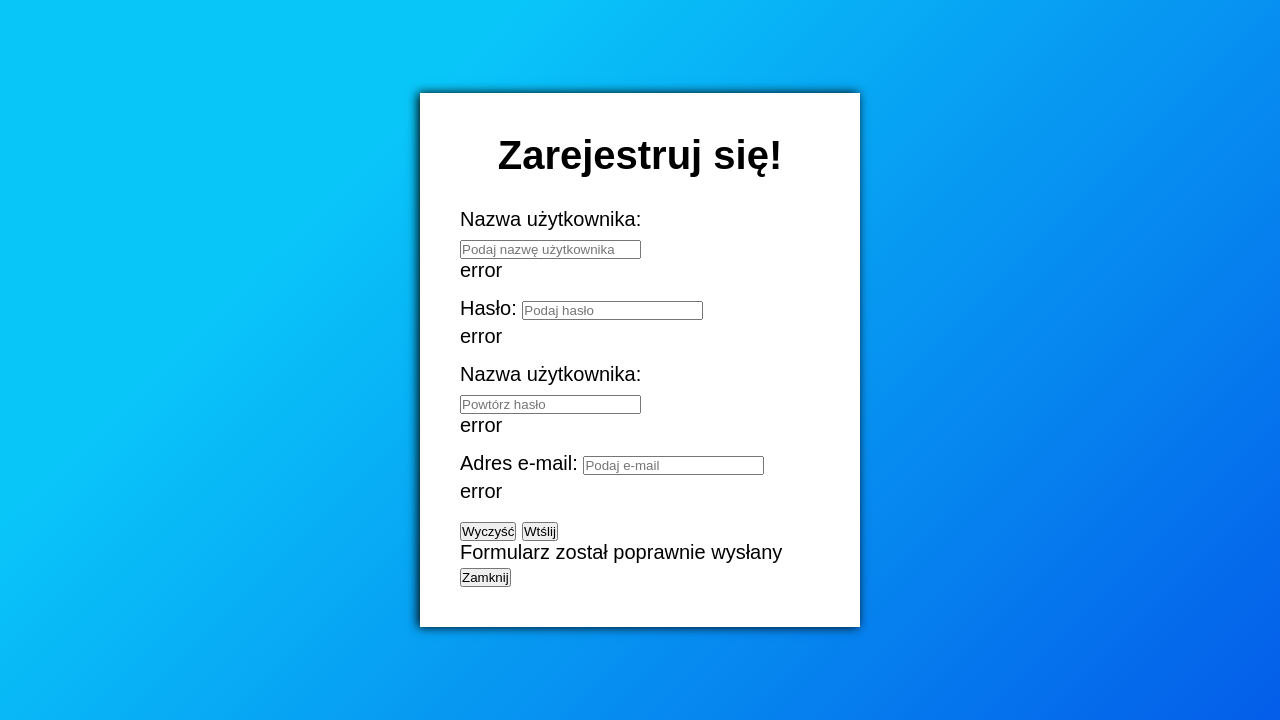
Repository: KrzysKolo/Projekt-3_Formularz-rejestracyjny
Page: index.html
The author's editor kept a copy of each file at every save. The page is drawn from the files as they stood at one save, then again after the next save.
The browser window is 1280 px wide. The pictures show the whole page.
Some web fonts or font styles are not loaded; a fallback is used.

Above is the page before, as saved 2020-07-04 02:06:05.

After the next save:
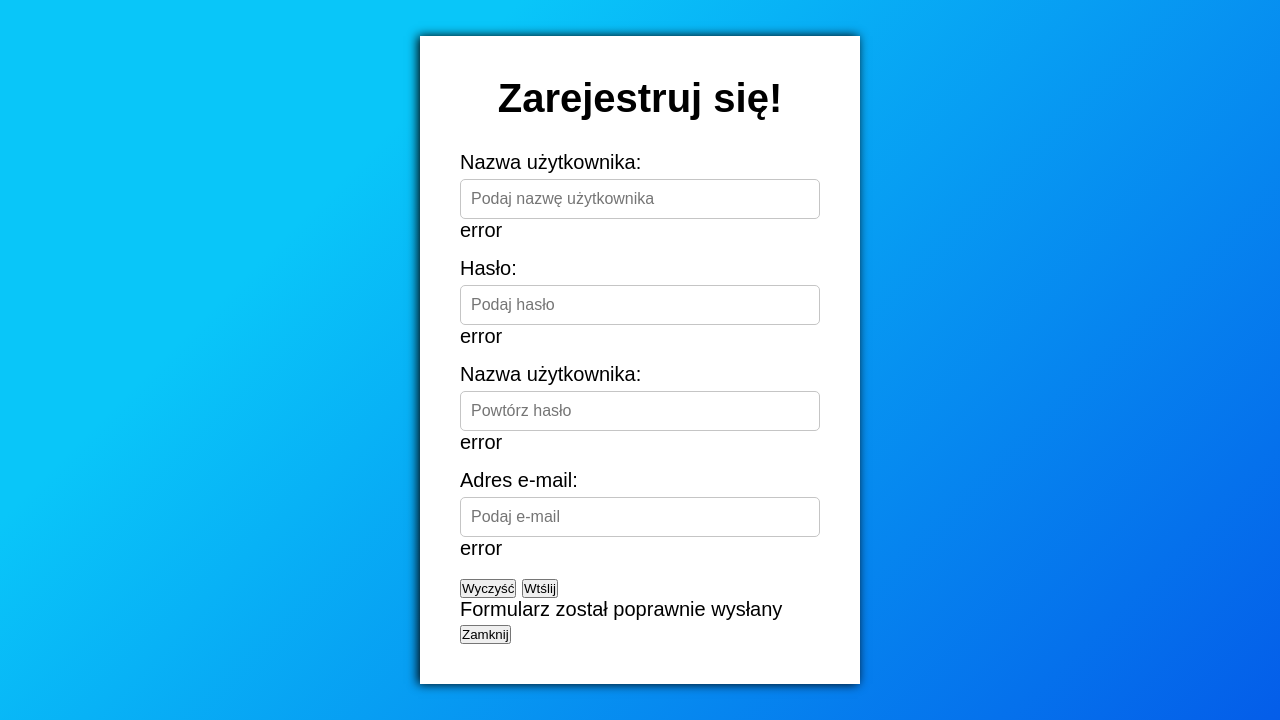
Saved 115 s later.
--- a/css/style.css
+++ b/css/style.css
@@ -31,3 +31,10 @@ h1 {
   display: inline-block;
   margin-bottom: 5px;
 }
+.form-box input {
+  width: 100%;
+  padding: 10px;
+  font-size: 16px;
+  border: 1px solid rgb(197, 197, 197);
+  border-radius: 5px;
+}
